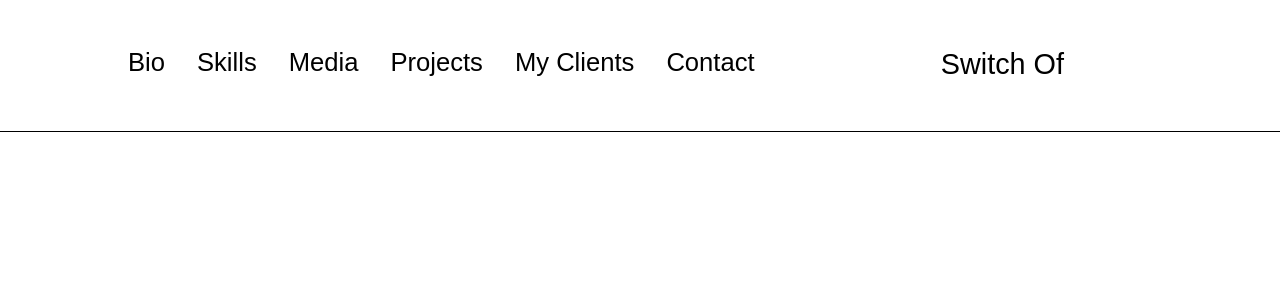
Repository: Eslam0Mohamed/portfolio
Page: index.html
These files come from the project's save history. The page is drawn as it stood at one moment and after the next save; the edit follows.
The browser window is 1280 px wide. The pictures show the whole page.
The first `.toggle__checkbox` is checked.

Above is the page before, as saved 2024-07-13 17:04:28.

After the next save:
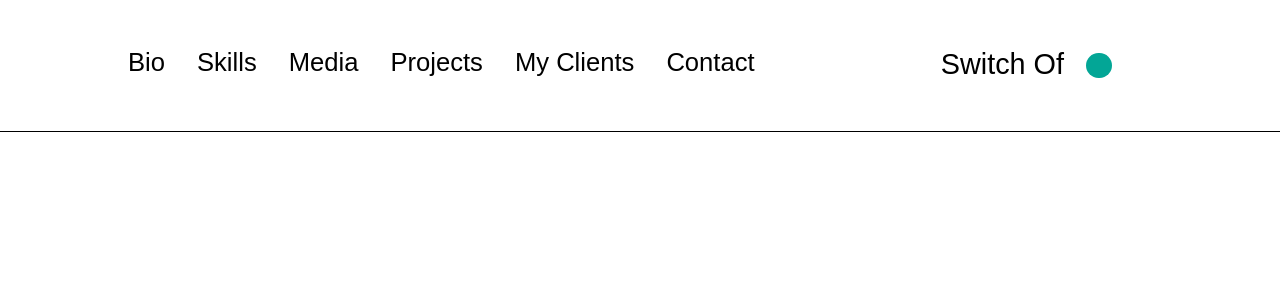
Saved 5 s later.
--- a/css/style.css
+++ b/css/style.css
@@ -146,7 +146,7 @@ display: block;
     background-color: var(--color-white);
 }
 .toggle__checkbox:checked + .toggle__label::after{
-    background-color: var(--color-);
+    background-color: var(--color-green);
 }
 
 /* End toggle  */
